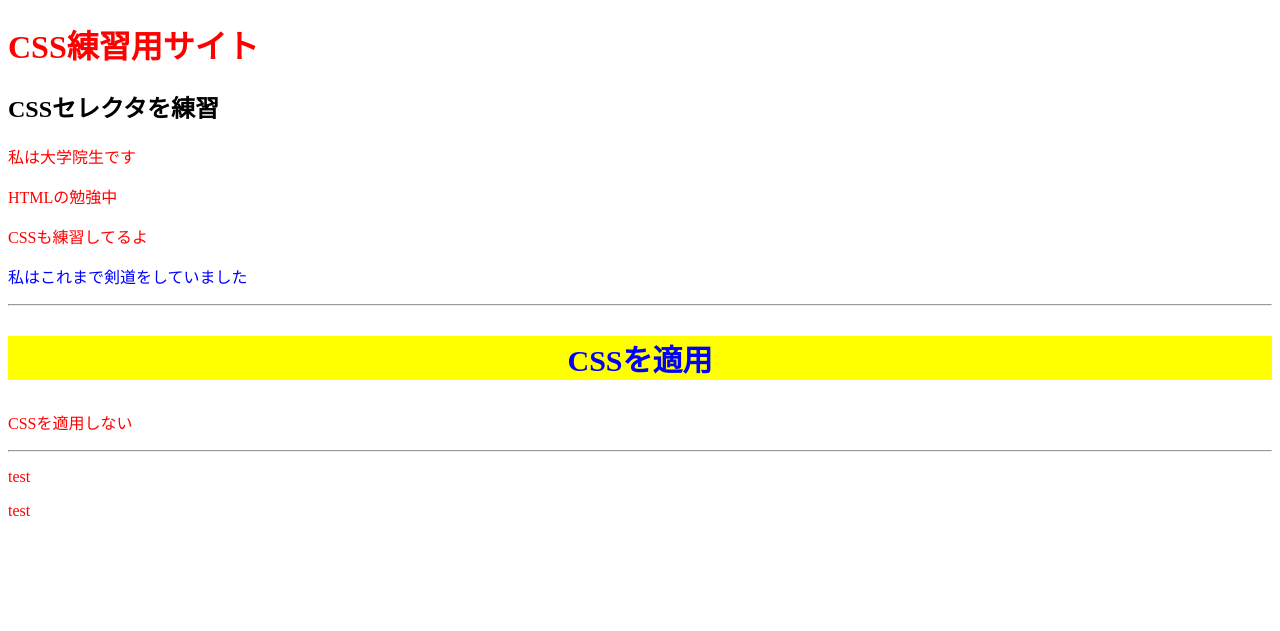
Repository: haruki-N/WebApp
Page: CSS/css_practice.html
The author's editor kept a record of every edit. The page is drawn from the files as they stood at one moment, then again after the next edit.
The browser window is 1280 px wide. The pictures show the whole page.

Above is the page before.

### CSS/css_practice.html
<!DOCTYPE html>
<html lang="ja">
<head>
    <link rel="stylesheet" href="practice.css" type="text/css" />
    <meta charset="UTF-8">
    <title>Practice Page for CSS</title>
</head>
<body>
    <h1>CSS練習用サイト</h1>
    <h2 class="info">CSSセレクタを練習</h2>
    <p id="who">私は大学院生です</p>
    <p class="info">HTMLの勉強中</p>
    <p class="info">CSSも練習してるよ</p>
    <div>
        <p>私はこれまで剣道をしていました</p>
    </div>

    <hr>

    <p id="css">CSSを適用</p>
    <p>CSSを適用しない</p>

    <hr>
    <!-- <img src="IMG_5789.JPG"></img> -->
    <p class="margin">test</p>
    <p class="margin">test</p>
</body>
</html>

### CSS/practice.css
h1, p {/* 複数要素指定 */
    color: red;
}

div p{/* 入れ子構造を指定 */
    color: blue;
}

h2:hover {/*hover時の擬似クラス */
    color: green;
}

#css {
    background-color: yellow;
    color: blue;
    font-size: 30px;
    text-align: center;
    font-weight: bold;
}

img {
    width: 100%;
}

After the next edit:
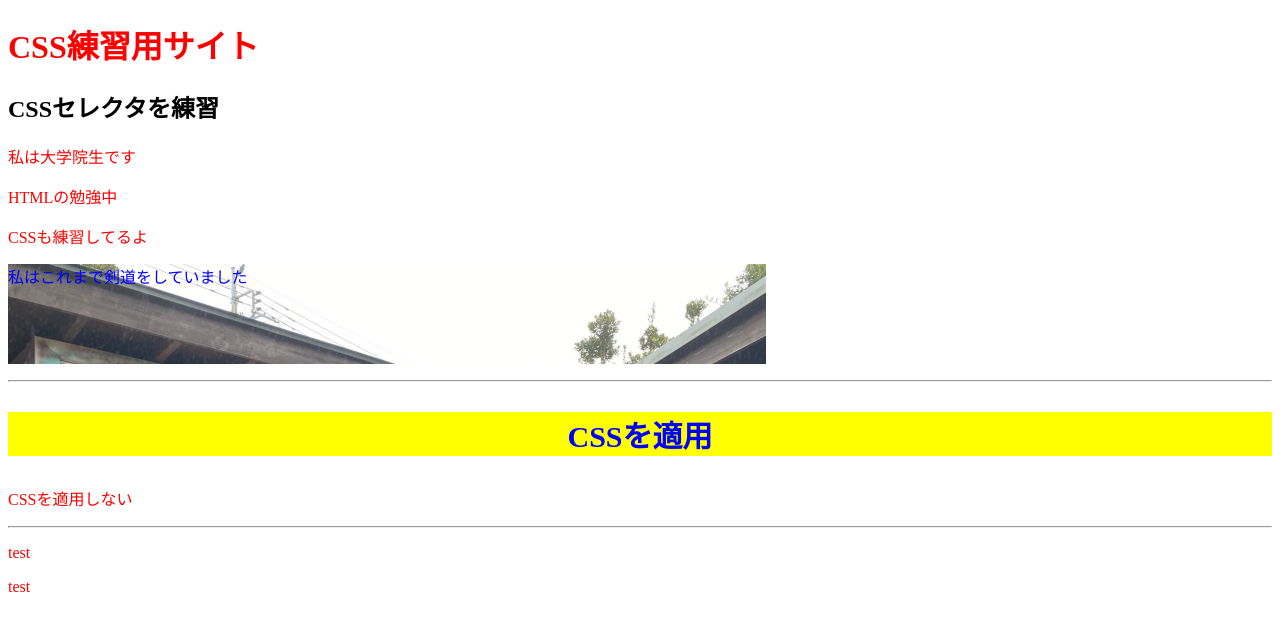
The edit:
--- a/CSS/practice.css
+++ b/CSS/practice.css
@@ -4,6 +4,10 @@
 
 div p{/* 入れ子構造を指定 */
     color: blue;
+    background-image: url("IMG_5789.JPG");
+    background-size: 60%;
+    background-repeat: no-repeat;
+    height: 100px;
 }
 
 h2:hover {/*hover時の擬似クラス */
